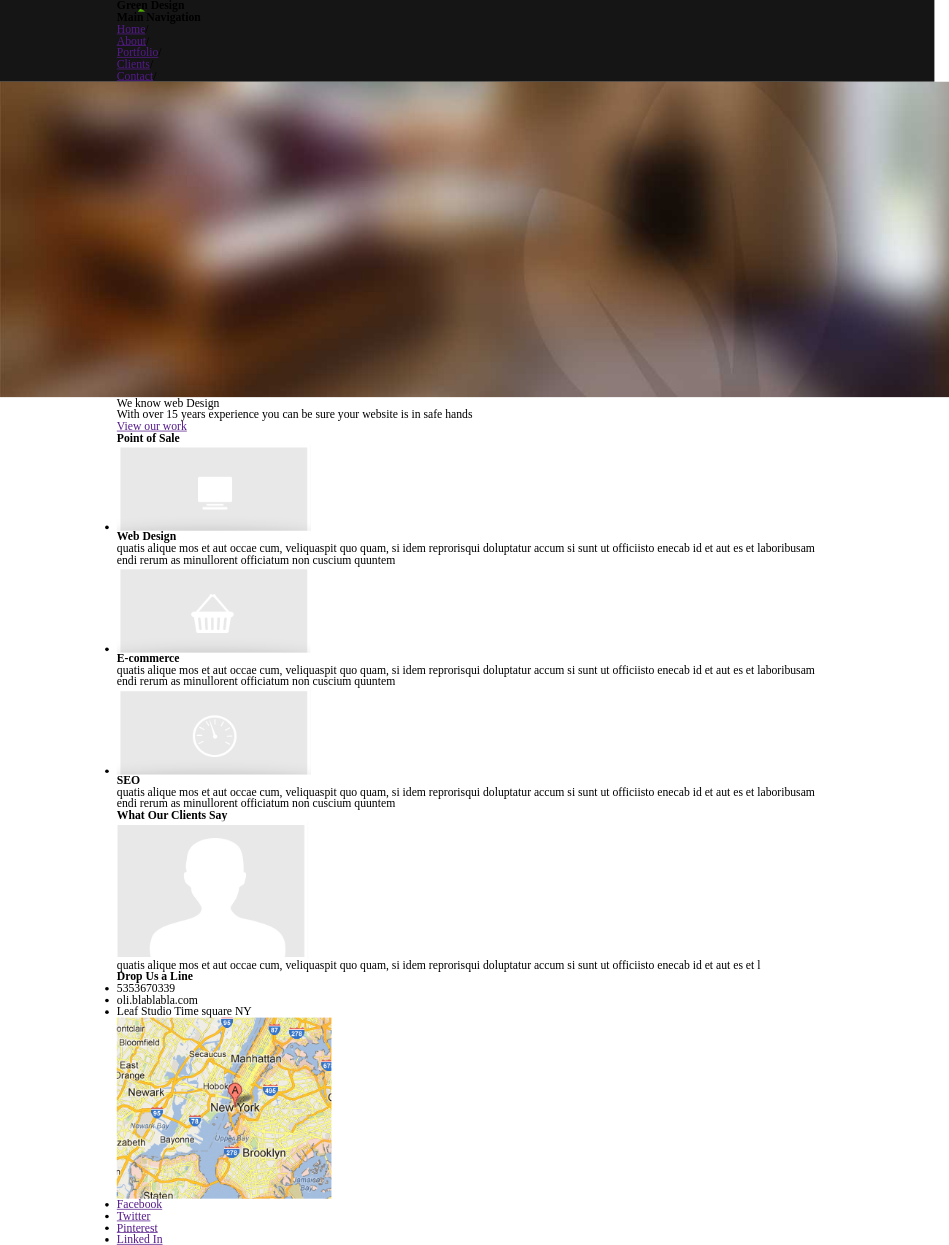
Repository: Piterwk1/psd-to-html
Page: website/index.html
An editor plug-in stored every save of this project. The page is shown before and after the next save, followed by the edit.
The browser window is 1280 px wide. The page is 1300 px wide, so the pictures cover 1300 px, including what lies to the right of the window. The pictures show the whole page, at 73% of full size.

Above is the page before, as saved 2021-09-13 21:50:58.

### website/index.html
<html lang="en">

<head>
    <meta charset="UTF-8">
    <meta http-equiv="X-UA-Compatible" content="IE=edge">
    <meta name="viewport" content="width=device-width, initial-scale=1.0">
    <title>Green Design</title>
    <link rel="stylesheet" href="style.css">
</head>

<body>
    <header>
        <div class="wrapper">
            <h1 id="logo">Green Design</h1>
            <nav>
                <h2>Main Navigation</h2>
                <ul>
                    <li><a href="">Home</a><span>/</span></li>
                    <li><a href="">About</a><span>/</span></li>
                    <li><a href="">Portfolio</a><span>/</span></li>
                    <li><a href="">Clients</a><span>/</span></li>
                    <li><a href="">Contact</a><span>/</span></li>
                </ul>
            </nav>
        </div>
    </header>
    <div id="lead-banner">
        <img src="images/Baner.jpg" alt="main banner">
        <div class="banner-overlay">
            <div class="wrapper">
                <div class="banner-title">We know web Design</div>
                <p>With over 15 years experience you can be sure your website is in safe hands</p>
                <a href="">View our work</a>
            </div>
        </div>
    </div>
    <div id="main-content">

        <div class="wrapper">

            <section id="points-of-sale">
                <h2>Point of Sale</h2>
                <ul>
                    <li>
                        <img src="images/cs1.png" alt="Web Design">
                        <h3>Web Design</h3>
                        <p>quatis alique mos et aut occae cum, veliquaspit quo quam, si idem reprorisqui doluptatur
                            accum si
                            sunt ut officiisto enecab id et aut es et laboribusam endi rerum as minullorent officiatum
                            non
                            cuscium quuntem</p>
                    </li>
                    <li>
                        <img src="images/cs2.png" alt="E-commerce">
                        <h3>E-commerce</h3>
                        <p>quatis alique mos et aut occae cum, veliquaspit quo quam, si idem reprorisqui doluptatur
                            accum si
                            sunt ut officiisto enecab id et aut es et laboribusam endi rerum as minullorent officiatum
                            non
                            cuscium quuntem</p>
                    </li>
                    <li>
                        <img src="images/cs3.png" alt="SEO">
                        <h3>SEO</h3>
                        <p>quatis alique mos et aut occae cum, veliquaspit quo quam, si idem reprorisqui doluptatur
                            accum si
                            sunt ut officiisto enecab id et aut es et laboribusam endi rerum as minullorent officiatum
                            non
                            cuscium quuntem</p>
                    </li>
                </ul>
            </section>
            <section id="clients">
                <h2>What Our Clients Say</h2>
                <img src="images/head.png" alt="head">
                <!-- <img src="images/quotes.png" alt="quotes"> -->
                <blockquote>quatis alique mos et aut occae cum, veliquaspit quo quam, si idem reprorisqui doluptatur
                    accum
                    si sunt ut officiisto enecab id et aut es et l</blockquote>
            </section>
            <section id="contact">
                <h2>Drop Us a Line</h2>
                <ul id="contact-methods">
                    <li>5353670339</li>
                    <li>oli.blablabla.com</li>
                    <li>
                        <span>Leaf Studio</span>
                        <span>Time square</span>
                        <span>NY</span>
                    </li>
                </ul>
                <img src="images/map.png" alt="map">
                <ul id="social-map">
                    <li class="facebook"><a href="">Facebook</a></li>
                    <li class="twitter"><a href="">Twitter</a></li>
                    <li class="pinterest"><a href="">Pinterest</a></li>
                    <li class="linked-in"><a href="">Linked In</a></li>
                </ul>
            </section>
        </div>
    </div>
</body>

</html>

### website/style.css
html, body, div, span, object, iframe,
h1, h2, h3, h4, h5, h6, p, blockquote, pre,
abbr, address, cite, code,
del, dfn, em, img, ins, kbd, q, samp,
small, strong, sub, sup, var,
b, i,
dl, dt, dd, ol, ul, li,
fieldset, form, label, legend,
table, caption, tbody, tfoot, thead, tr, th, td,
article, aside, canvas, details, figcaption, figure,
footer, header, hgroup, menu, nav, section, summary,
time, mark, audio, video {
    margin:0;
    padding:0;
    border:0;
    outline:0;
    font-size:100%;
    vertical-align:baseline;
    background:transparent;
}

body {
    line-height:1;
}

article,aside,details,figcaption,figure,
footer,header,hgroup,menu,nav,section {
    display:block;
}

nav ul {
    list-style:none;
}

blockquote, q {
    quotes:none;
}

blockquote:before, blockquote:after,
q:before, q:after {
    content:'';
    content:none;
}

a {
    margin:0;
    padding:0;
    font-size:100%;
    vertical-align:baseline;
    background:transparent;
}

/* change colours to suit your needs */
ins {
    background-color:#ff9;
    color:#000;
    text-decoration:none;
}

/* change colours to suit your needs */
mark {
    background-color:#ff9;
    color:#000;
    font-style:italic;
    font-weight:bold;
}

del {
    text-decoration: line-through;
}

abbr[title], dfn[title] {
    border-bottom:1px dotted;
    cursor:help;
}

table {
    border-collapse:collapse;
    border-spacing:0;
}

/* change border colour to suit your needs */
hr {
    display:block;
    height:1px;
    border:0;
    border-top:1px solid #cccccc;
    margin:1em 0;
    padding:0;
}

input, select {
    vertical-align:middle;
}

.wrapper {
    width: 100%;
    max-width: 960px;
    margin: 0 auto;
}

header {
    background: #151515;
}

#logo {
    background: url(images/Logo.png) no-repeat;
}

After the next save:
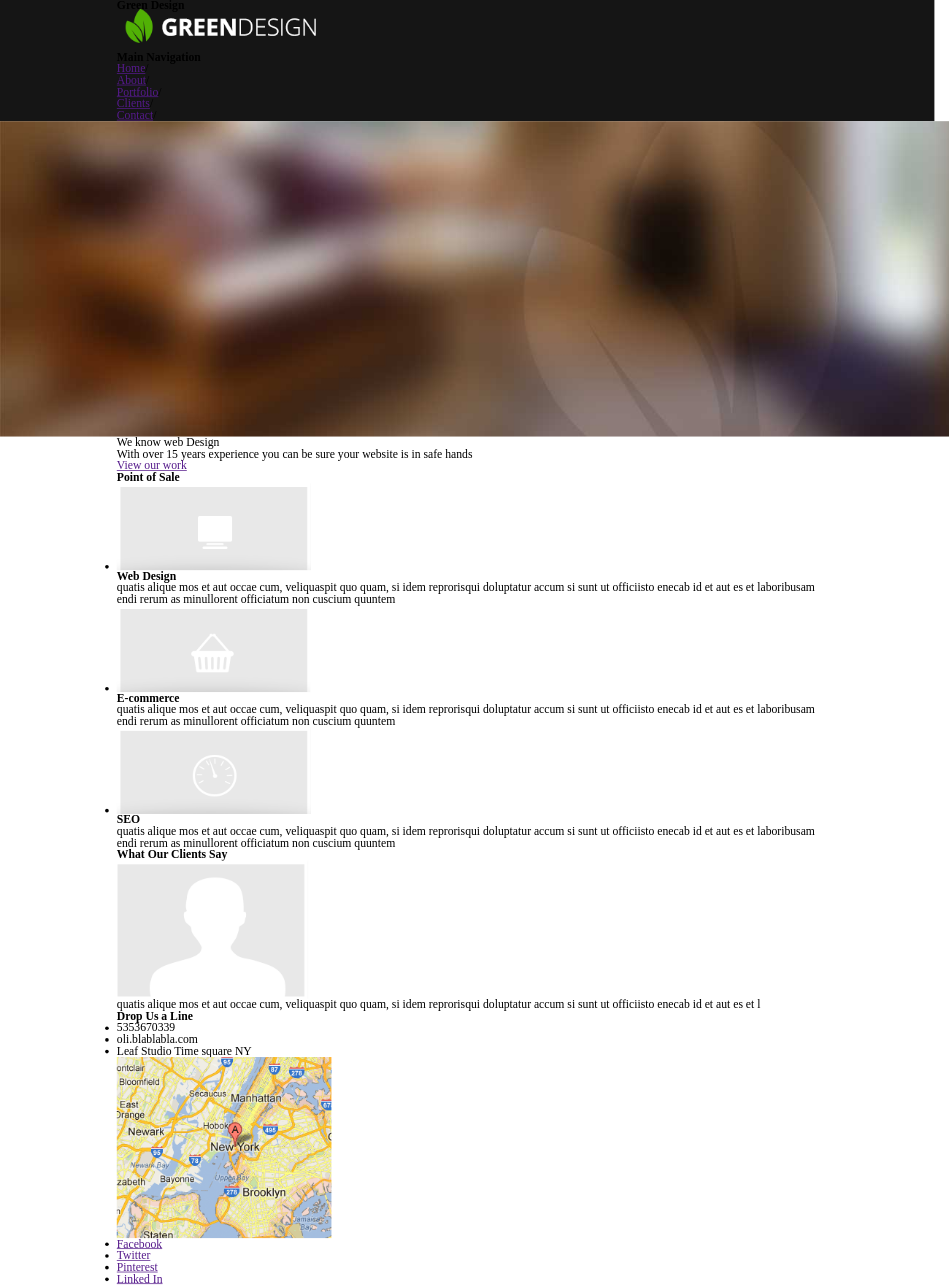
Saved 23 s later.
--- a/website/style.css
+++ b/website/style.css
@@ -105,4 +105,5 @@ header {
 
 #logo {
     background: url(images/Logo.png) no-repeat;
+    height: 70px;
 }
